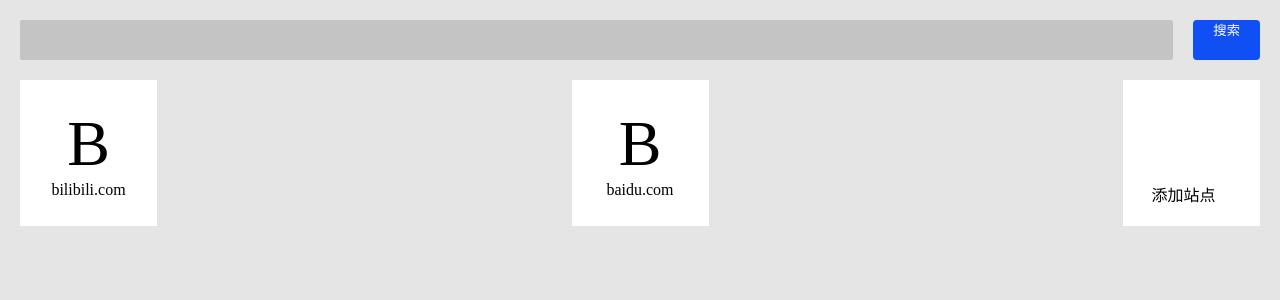
Repository: chenguocan/-
Page: src/index.html
These files come from the project's save history. The page is drawn as it stood at one moment and after the next save; the edit follows.
The browser window is 1280 px wide. The pictures show the whole page.

Above is the page before, as saved 2020-08-12 07:23:51.

### src/index.html
<!DOCTYPE html>
<html lang="en">

<head>
    <meta charset="UTF-8">
    <meta name="viewport"
        content="width=device-width,initial-scale=1,minimum-scale=1,maximum-scale=1,user-scalable=no,viewport-fit=cover">
    <meta http-equiv="X-UA-Compatible" content="ie=edge">
    <title>前端导航</title>
    <link rel="stylesheet" href="./style.css">
    <style type="text/css">
        .icon {
            width: 5em;
            height: 5em;
            vertical-align: -0.15em;
            fill: currentColor;
            overflow: hidden;
        }
    </style>
</head>

<body>
    <header class="globalHeader">
        <form class="searchForm" method="get" action="https://www.baidu.com/s">
            <input name="wd" type="text" />
            <button class="searchButton">搜索</button>
        </form>
    </header>
    <main class="globalMain">
        <ul class="siteList">
            <li class="addButton">
                <div class="logo">
                    <svg class="icon" aria-hidden="true">
                        <use xlink:href="#icon-jiahao"></use>
                    </svg>
                    <div class="site">添加站点</div>
                </div>
            </li>
        </ul>
    </main>
    <script src="https://cdn.bootcdn.net/ajax/libs/jquery/3.5.1/jquery.slim.min.js"></script>
    <script src="//at.alicdn.com/t/font_2000749_640re2b3w3g.js"></script>
    <script src="./main.js"></script>
</body>

</html>

### src/style.css
*{
    margin: 0;
    padding: 0;
    box-sizing: border-box;
}
*::before{
    margin: 0;
    padding: 0;
    box-sizing: border-box;
}
*::after{
    margin:0;
    padding: 0;
    box-sizing: border-box;
}
body{
    background:#E5E5E5;
}
ul>li{
    list-style: none;
}
a{
    text-decoration: none;
    color: inherit;
}
.searchForm {
    margin:20px;
    display: flex;
    flex-direction: row;
    flex-wrap: nowrap;
    justify-content: space-between;
}
.globalHeader >.searchForm > input{
    width: 100%;
    border: none;
    height: 40px;
    border-radius: 2px;
    background: #C4C4C4;
    padding-left: 10px;
}
.globalHeader >.searchForm> .searchButton{
    display: flex;
    white-space: nowrap;
    border: none;
    color:white;
    margin-left: 20px;
    background:#0F4FF3;
    border-radius:4px;
    padding:0 20px;
}
.siteList{
    display: flex;
    flex-direction: row;
    justify-content: space-between;
    flex-wrap: wrap;
    margin:0 20px;
}
.siteList .siteBox,.addButton{
    display: flex;
    flex-direction: column;
    justify-content: center;
    align-items: center;
    flex-wrap: wrap;
    height: 146px;
    width: 137px;
    margin-bottom: 10px;
    background:#FFFFFF;
}
.siteList .siteBox>.logo{
    font-size: 64px;
}
.siteList .siteBox>.site{
    font-size:16px;
}

### src/main.js
const $siteList = $(".siteList");
const $addButton = $(".addButton")
let hashMap = [
    {
        logo: "B",
        url: "https://www.bilibili.com",
    },
    {
        logo: "D",
        url: "https://www.baidu.com"
    }
];
const replaceUrl = ((url) => {
    return url.replace("http://", "").replace("https://", "").replace("www.", "")
})
let string = "";
hashMap.forEach((item, index) => {
    string += `
    <li>
        <a href="${item.url}">
            <div class="siteBox">
                <div class="logo">${replaceUrl(item.url)[0].toUpperCase()}</div>
                <div class="site">${replaceUrl(item.url)}</div>
            </div>
        </a>
    </li>
    `;
})
$(string).insertBefore($addButton);
$addButton.click(() => {
    let addUrl = window.prompt("请输入要添加的站点");
    let logo = replaceUrl(addUrl)[0];
    let url = addUrl;
    console.log(addUrl.indexOf("http"));
    if (addUrl.indexOf("https") === -1) {
        url = "https://" + addUrl;
    }
    //console.log(logo, url)
    let addList = {
        logo,
        url,
    };
    hashMap.push(addList);
    console.log(hashMap);
})

After the next save:
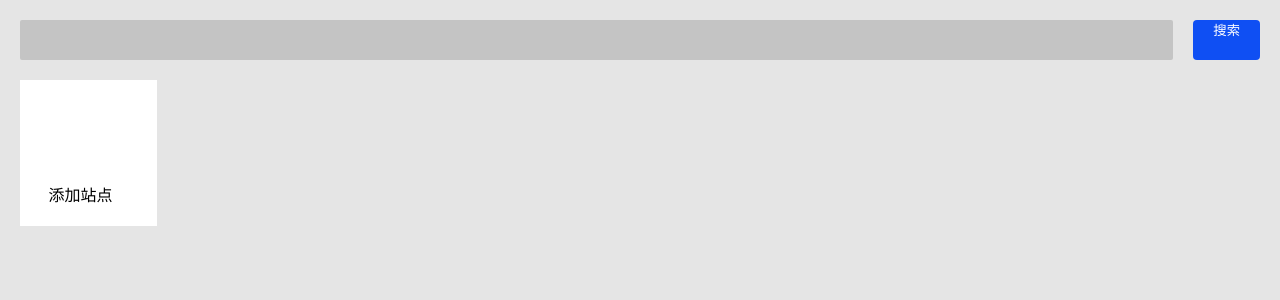
Saved 89 s later.
--- a/src/main.js
+++ b/src/main.js
@@ -14,17 +14,19 @@
     return url.replace("http://", "").replace("https://", "").replace("www.", "")
 })
 let string = "";
-hashMap.forEach((item, index) => {
-    string += `
-    <li>
-        <a href="${item.url}">
-            <div class="siteBox">
-                <div class="logo">${replaceUrl(item.url)[0].toUpperCase()}</div>
-                <div class="site">${replaceUrl(item.url)}</div>
-            </div>
-        </a>
-    </li>
-    `;
+const hashMapList = (() => {
+    hashMap.forEach((item, index) => {
+        string += `
+        <li>
+            <a href="${item.url}">
+                <div class="siteBox">
+                    <div class="logo">${replaceUrl(item.url)[0].toUpperCase()}</div>
+                    <div class="site">${replaceUrl(item.url)}</div>
+                </div>
+            </a>
+        </li>
+        `;
+    })
 })
 $(string).insertBefore($addButton);
 $addButton.click(() => {

After the 2 saves that followed:
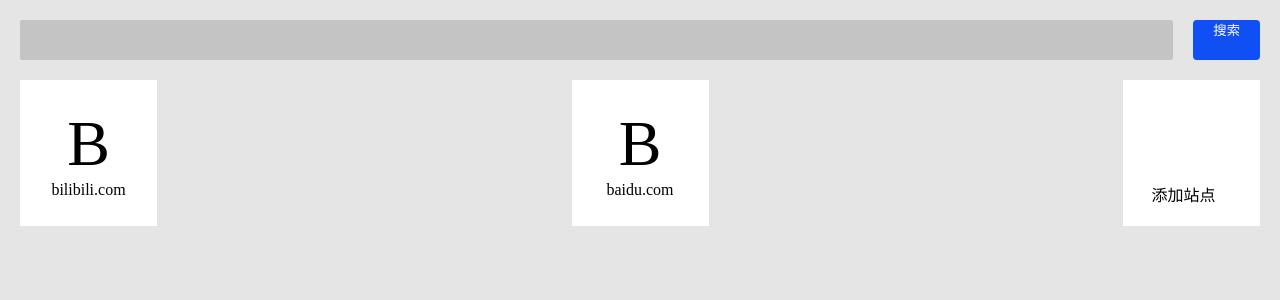
The 2 saves are shown as one change because 1 left the picture as it was.
The last was saved 33 s later.
--- a/src/main.js
+++ b/src/main.js
@@ -14,19 +14,17 @@
     return url.replace("http://", "").replace("https://", "").replace("www.", "")
 })
 let string = "";
-const hashMapList = (() => {
-    hashMap.forEach((item, index) => {
-        string += `
-        <li>
-            <a href="${item.url}">
-                <div class="siteBox">
-                    <div class="logo">${replaceUrl(item.url)[0].toUpperCase()}</div>
-                    <div class="site">${replaceUrl(item.url)}</div>
-                </div>
-            </a>
-        </li>
-        `;
-    })
+hashMap.forEach((item, index) => {
+    string += `
+    <li>
+        <a href="${item.url}">
+            <div class="siteBox">
+                <div class="logo">${replaceUrl(item.url)[0].toUpperCase()}</div>
+                <div class="site">${replaceUrl(item.url)}</div>
+            </div>
+        </a>
+    </li>
+    `;
 })
 $(string).insertBefore($addButton);
 $addButton.click(() => {
